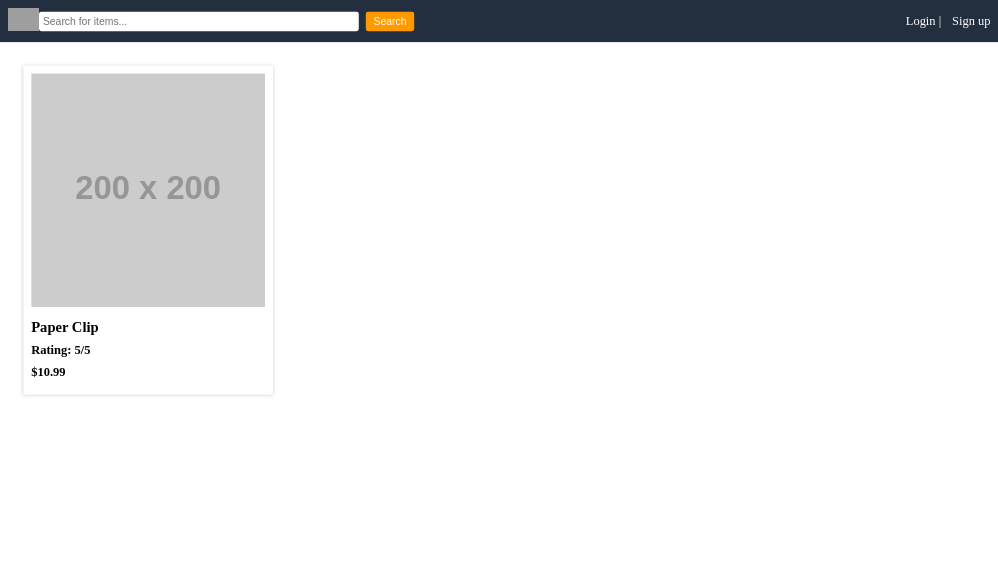
Repository: Minh-John-Le/OfficeSupplyDepot
Page: OfficeSupplyDepotServlet/src/main/webapp/MainPage.html
These files come from the project's save history. The page is drawn as it stood at one moment and after the next save; the edit follows.
The browser window is 1280 px wide. The pictures show the whole page, at 78% of full size.
Pictures or frames that could not be fetched are drawn as grey boxes.

Above is the page before, as saved 2023-03-13 06:31:09.

### OfficeSupplyDepotServlet/src/main/webapp/MainPage.html
<!DOCTYPE html>
<html>
<head>
	<meta charset="UTF-8">
	<title>Office Supply Depot</title>
	<link rel="stylesheet" href="MainPage.css">
</head>
<body>
	<div class="header">
		<div class="logo">
			<img src="my-logo.png" alt="Office Supply Depot">
		</div>
		<div class="search">
			<input type="text" placeholder="Search for items...">
			<button>Search</button>
		</div>
		<div class="login-signup">
			<a href="#">Login</a> | <a href="#">Sign up</a>
		</div>
	</div>
	<div class="item-container">
		<div class="item-box">
			<img src="https://dummyimage.com/200x200/000/fff&text=Paperclips">
			<h3>Paper Clip</h3>
			<p>Rating: 5/5 <p>
			<p>$10.99</p>
		</div>
	</div>
</body>
</html>

### OfficeSupplyDepotServlet/src/main/webapp/MainPage.css
/* Global Styles */
body {
	margin: 0;
	padding: 0;
}

/* Header Styles */
.header {
	background-color: #232f3e;
	color: #fff;
	display: flex;
	align-items: center;
	padding: 10px;
}
.logo img {
	height: 30px;
}
.search input[type="text"] {
	padding: 5px;
	border: none;
	border-radius: 3px;
	width: 400px;
}
.search button {
	background-color: #ff9900;
	color: #fff;
	border: none;
	border-radius: 3px;
	padding: 5px 10px;
	margin-left: 5px;
	cursor: pointer;
}
.login-signup {
	margin-left: auto;
}
.login-signup a {
	color: #fff;
	text-decoration: none;
	margin-left: 10px;
}

/* Item Box Styles */
.item-container {
	display: flex;
	flex-wrap: wrap;
	padding: 20px;
}
.item-box {
	width: 300px;
	margin: 10px;
	padding: 10px;
	background-color: #fff;
	box-shadow: 0px 0px 5px rgba(0, 0, 0, 0.2);
}
.item-box img {
	width: 100%;
}
.item-box h3 {
	margin: 10px 0;
}
.rating {
	color: #ff9900;
	margin: 10px 0;
}
.checked {
	color: #ff9900;
}
.item-box p {
	font-weight: bold;
	margin: 10px 0;
}

After the next save:
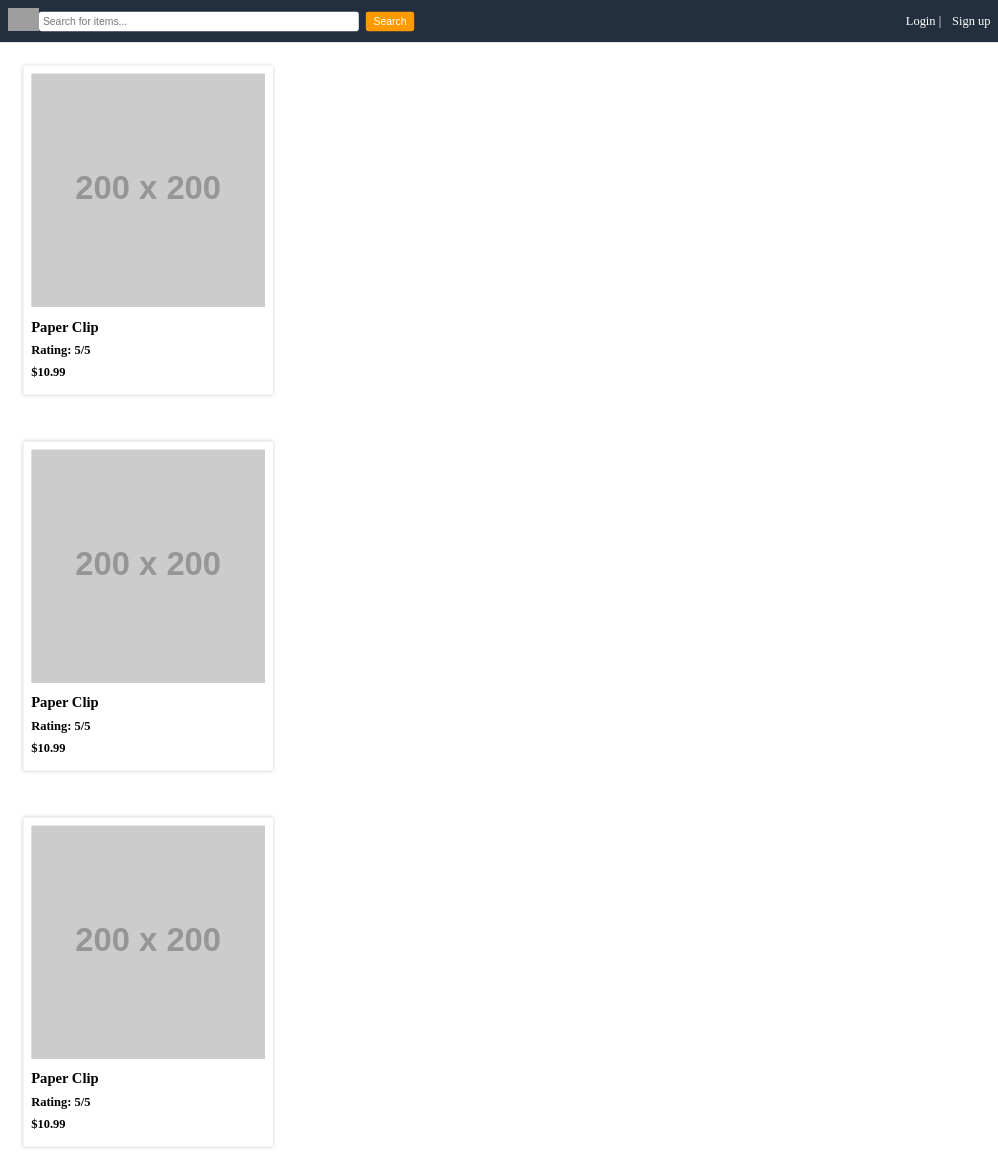
Saved 74 s later.
--- a/OfficeSupplyDepotServlet/src/main/webapp/MainPage.html
+++ b/OfficeSupplyDepotServlet/src/main/webapp/MainPage.html
@@ -26,5 +26,21 @@
 			<p>$10.99</p>
 		</div>
 	</div>
+	<div class="item-container">
+		<div class="item-box">
+			<img src="https://dummyimage.com/200x200/000/fff&text=Paperclips">
+			<h3>Paper Clip</h3>
+			<p>Rating: 5/5 <p>
+			<p>$10.99</p>
+		</div>
+	</div>
+	<div class="item-container">
+		<div class="item-box">
+			<img src="https://dummyimage.com/200x200/000/fff&text=Paperclips">
+			<h3>Paper Clip</h3>
+			<p>Rating: 5/5 <p>
+			<p>$10.99</p>
+		</div>
+	</div>
 </body>
 </html>

After the save that followed:
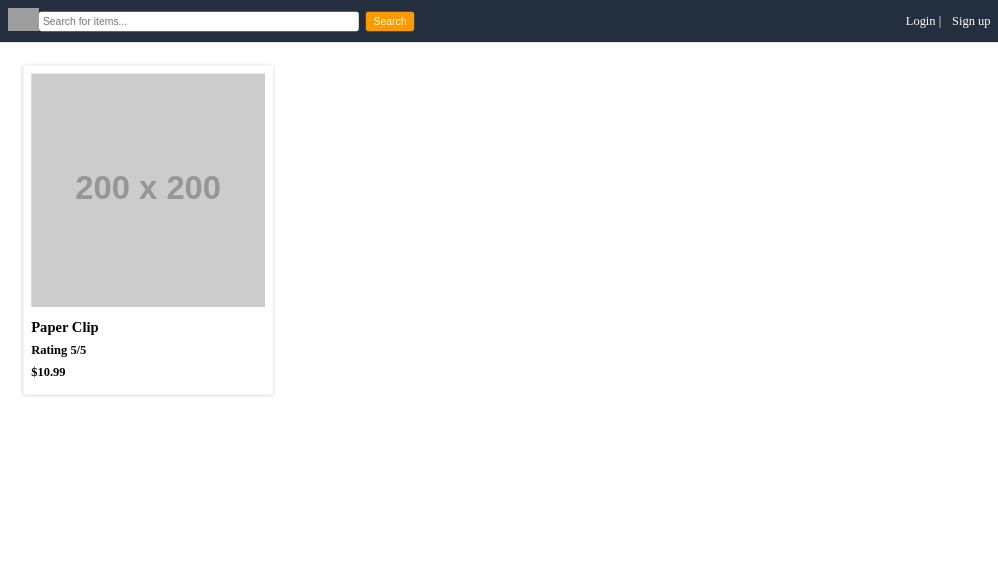
Saved 40 s later.
--- a/OfficeSupplyDepotServlet/src/main/webapp/MainPage.html
+++ b/OfficeSupplyDepotServlet/src/main/webapp/MainPage.html
@@ -22,23 +22,7 @@
 		<div class="item-box">
 			<img src="https://dummyimage.com/200x200/000/fff&text=Paperclips">
 			<h3>Paper Clip</h3>
-			<p>Rating: 5/5 <p>
-			<p>$10.99</p>
-		</div>
-	</div>
-	<div class="item-container">
-		<div class="item-box">
-			<img src="https://dummyimage.com/200x200/000/fff&text=Paperclips">
-			<h3>Paper Clip</h3>
-			<p>Rating: 5/5 <p>
-			<p>$10.99</p>
-		</div>
-	</div>
-	<div class="item-container">
-		<div class="item-box">
-			<img src="https://dummyimage.com/200x200/000/fff&text=Paperclips">
-			<h3>Paper Clip</h3>
-			<p>Rating: 5/5 <p>
+			<p>Rating 5/5</p>
 			<p>$10.99</p>
 		</div>
 	</div>
